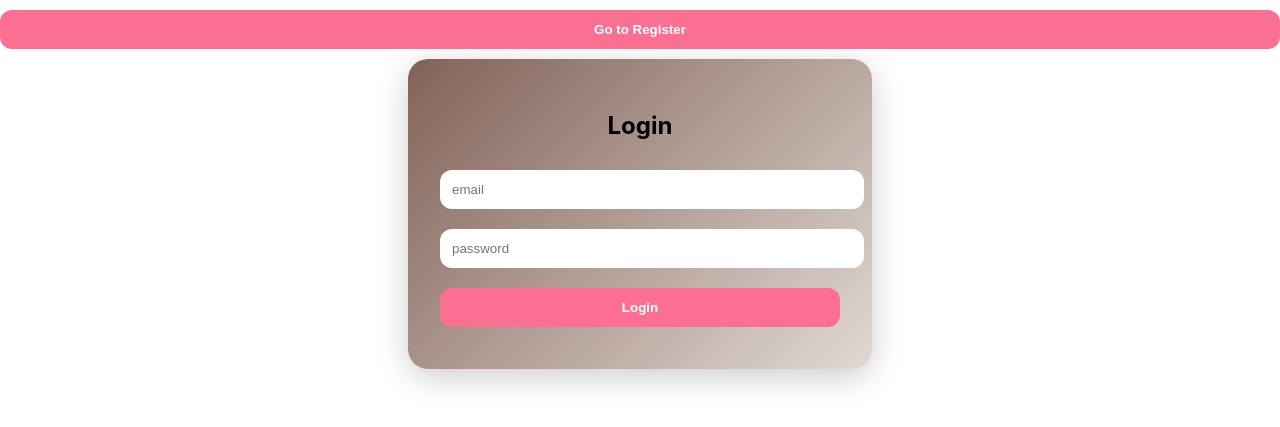
Repository: aab232/https---github.com-aab232-Deferred-Payment-Platform
Page: /register (app in frontend/)
These files come from the project's save history. The page is drawn as it stood at one moment and after the next save; the edit follows.
The browser window is 1280 px wide. The pictures show the whole page.
The project was rebuilt for these pictures with package versions that can differ from the ones it lists, and the page was loaded fresh each time. Also part of the build but not shown: frontend/src/components/Register.js.

Above is the page before, as saved 2025-03-14 01:24:26.

### frontend/src/App.js
import React, { useState } from "react";
import Register from "./components/Register";
import Login from "./components/Login";

const App = () => {
    const [showLogin, setShowLogin] = useState(true);

    return (
        <div>
            <button onClick={() => setShowLogin(!showLogin)}>
                {showLogin ? "Go to Register" : "Go to Login"}
            </button>
            {showLogin ? <Login /> : <Register />}
        </div>
    );
};

export default App;

### frontend/src/components/Login.js
import React, { useState } from "react";
import axios from "axios";
import "./Login.css"; // Import the CSS for Login page

const Login = () => {
    const [formData, setFormData] = useState({
        email: "",
        password: "",
    });

    const handleChange = (e) => {
        setFormData({ ...formData, [e.target.name]: e.target.value });
    };

    const handleSubmit = async (e) => {
        e.preventDefault();
        try {
            const response = await axios.post("http://localhost:5000/login", formData);
            alert(response.data.message);
        } catch (error) {
            alert(error.response?.data.message || "Login failed.");
        }
    };

    return (
        <div className="container">
            <h2>Login</h2>
            <form onSubmit={handleSubmit}>
                {Object.keys(formData).map((field) => (
                    <input
                        key={field}
                        type={field === "password" ? "password" : "text"}
                        name={field}
                        placeholder={field}
                        value={formData[field]}
                        onChange={handleChange}
                        required
                    />
                ))}
                <button type="submit">Login</button>
            </form>
        </div>
    );
};

export default Login;

### frontend/src/components/Register.css
/* Styling for the Registration Form */
.form-container {
    max-width: 400px;
    margin: auto;
    padding: 2rem;
    background: linear-gradient(135deg, #ffafbd, #ffc3a0);
    border-radius: 20px;
    box-shadow: 0 8px 32px rgba(0, 0, 0, 0.2);
    text-align: center;
  }

  input, button {
    margin: 10px 0;
    padding: 12px;
    width: 100%;
    border-radius: 12px;
    border: none;
  }

  button {
    background-color: #6a11cb;
    color: white;
    font-weight: bold;
    cursor: pointer;
  }

  p {
    cursor: pointer;
    color: #6a11cb;
  }

### frontend/src/components/Login.css
/* Styling for the Login Form */
.container {
    max-width: 400px;
    margin: auto;
    padding: 2rem;
    background: linear-gradient(135deg, #826258, #E0D9D2);
    border-radius: 20px;
    box-shadow: 0 8px 32px rgba(0, 0, 0, 0.2);
    text-align: center;
  }

  input, button {
    margin: 10px 0;
    padding: 12px;
    width: 100%;
    border-radius: 12px;
    border: none;
  }

  button {
    background-color: #FB6F92;
    color: white;
    font-weight: bold;
    cursor: pointer;
  }

  p {
    cursor: pointer;
    color: #FB6F92;
  }

Loaded but not shown: frontend/public/index.html (common file); frontend/src/index.js (common file); frontend/src/index.css (common file); frontend/src/reportWebVitals.js (common file)

After the next save:
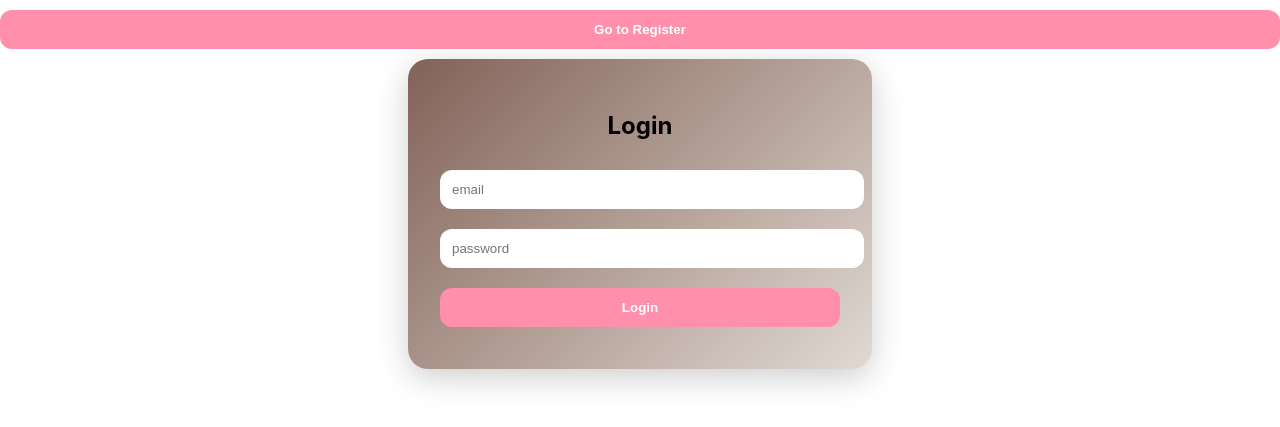
Saved 20 s later.
--- a/frontend/src/components/Login.css
+++ b/frontend/src/components/Login.css
@@ -18,7 +18,7 @@
   }
 
   button {
-    background-color: #FB6F92;
+    background-color: #FF8FAB;
     color: white;
     font-weight: bold;
     cursor: pointer;
@@ -26,5 +26,5 @@
 
   p {
     cursor: pointer;
-    color: #FB6F92;
+    color: #FF8FAB;
   }
